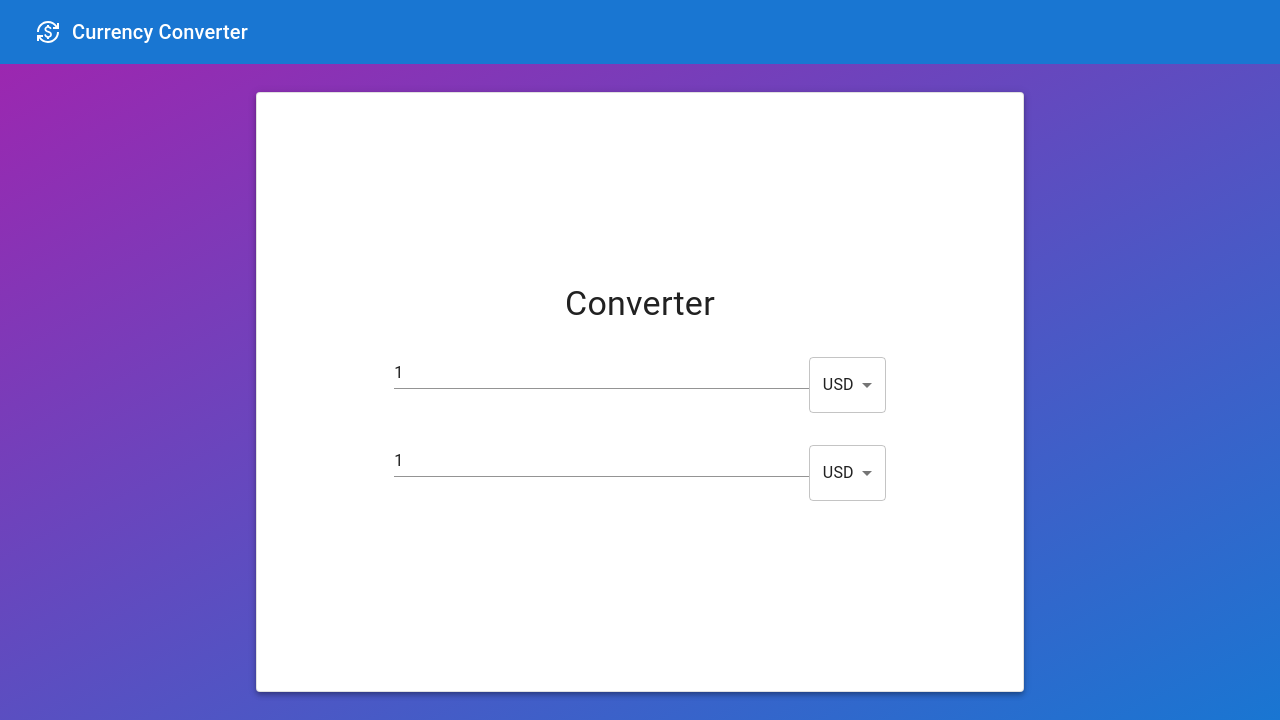
Repository: rutsguifd/currency-converter
Page: /
These files come from the project's save history. The page is drawn as it stood at one moment and after the next save; the edit follows.
The browser window is 1280 px wide. The pictures show the whole page.
The project was rebuilt for these pictures with package versions that can differ from the ones it lists, and the page was loaded fresh each time.

Above is the page before, as saved 2023-03-28 17:00:44.

### src/index.js
import { CssBaseline } from "@mui/material";
import React from "react";
import ReactDOM from "react-dom/client";
import { Provider } from "react-redux";
import { BrowserRouter } from "react-router-dom";
import App from "./App";
import { setupStore } from "./store";

const store = setupStore();

const root = ReactDOM.createRoot(document.getElementById("root"));
root.render(
  <Provider store={store}>
    <BrowserRouter>
      <CssBaseline>
        <App />
      </CssBaseline>
    </BrowserRouter>
  </Provider>
);

### src/App.js
import AppRouter from "./router/AppRouter";

function App() {
  return (
    <>
      <AppRouter />
    </>
  );
}

export default App;

### src/store/index.js
import { combineReducers, configureStore } from "@reduxjs/toolkit";
import { ConverterAPI } from "./ConverterService";

const rootReducer = combineReducers({
  [ConverterAPI.reducerPath]: ConverterAPI.reducer,
});

export const setupStore = () => {
  return configureStore({
    reducer: rootReducer,
    middleware: (getDefaultMiddleware) =>
      getDefaultMiddleware().concat(ConverterAPI.middleware),
  });
};

### src/router/AppRouter.jsx
import React from "react";
import { Route, Routes } from "react-router-dom";
import HomePage from "../pages/HomePage";

const AppRouter = () => {
  return (
    <Routes>
      <Route path="/" element={<HomePage />} />
    </Routes>
  );
};

export default AppRouter;

### src/store/ConverterService.js
import { createApi, fetchBaseQuery } from "@reduxjs/toolkit/dist/query/react";

const BASE_URL = "https://api.apilayer.com/exchangerates_data/";

const BASE_QUERY = fetchBaseQuery({
  baseUrl: BASE_URL,
  prepareHeaders: (headers) => {
    headers.set("apikey", "3yTPGVUhUYyAGGgNkKb2MySzxmY4qcWi");
    return headers;
  },
});

export const ConverterAPI = createApi({
  reducerPath: "ConverterAPI",
  baseQuery: BASE_QUERY,
  tagTypes: ["ConverterAPI"],
  endpoints: (build) => ({
    getLatestCurrency: build.query({
      query: ({ symbols, base }) => `latest?symbols=${symbols}&base=${base}`,
    }),
    getConvertedCurrency: build.query({
      query: ({ to, from, amount }) =>
        `convert?to=${to}&from=${from}&amount=${amount}`,
    }),
  }),
});

### src/pages/HomePage.jsx
import React from "react";
import ConvertContainer from "../components/ConvertContainer";
import MainLayout from "../layout/MainLayout";

const HomePage = () => {
  return (
    <MainLayout>
      <ConvertContainer />
    </MainLayout>
  );
};

export default HomePage;

### src/components/ConvertContainer.jsx
import { Container, useTheme } from "@mui/material";
import React from "react";
import Convert from "./Convert";

const ConvertContainer = () => {
  const theme = useTheme();

  return (
    <Container
      maxWidth={false}
      disableGutters
      sx={{
        display: "flex",
        justifyContent: "center",
        alignItems: "center",
        minHeight: "calc(100vh - 64px)",
        background: `linear-gradient(to right bottom, ${theme.palette.secondary.main},  ${theme.palette.primary.main})`,
      }}
    >
      <Convert />
    </Container>
  );
};

export default ConvertContainer;

### src/layout/MainLayout.jsx
import React from "react";
import Header from "../components/Header";

const MainLayout = ({ children }) => {
  return (
    <>
      <Header />
      {children}
    </>
  );
};

export default MainLayout;

### src/components/Convert.jsx
import {
  Alert,
  Box,
  MenuItem,
  Paper,
  Select,
  TextField,
  Typography,
} from "@mui/material";
import React, { useState } from "react";
import useDebounce from "../hooks/useDebounce";
import { ConverterAPI } from "../store/ConverterService";

const Convert = () => {
  const debouncedFromAmount = useDebounce(getFromAmount, 500);
  const debouncedToAmount = useDebounce(getToAmount, 500);

  const [currentFromCurrency, setCurrentFromCurrency] = useState("USD");
  const [currentToCurrency, setCurrentToCurrency] = useState("USD");

  const [fromAmount, setFromAmount] = useState(1);
  const [trigger, { isError, isLoading, error }] =
    ConverterAPI.useLazyGetConvertedCurrencyQuery();
  const [toAmount, setToAmount] = useState(1);

  async function getFromAmount(to, from, amount) {
    const res = await trigger({
      to,
      from,
      amount,
    }).unwrap();
    setToAmount(res.result);
  }

  async function getToAmount(to, from, amount) {
    const res = await trigger({
      to,
      from,
      amount,
    }).unwrap();
    setFromAmount(res.result);
  }

  const handleFromChange = (e) => {
    setFromAmount(e.target.value);
    debouncedFromAmount(currentToCurrency, currentFromCurrency, e.target.value);
  };

  const handleToChange = async (e) => {
    setToAmount(e.target.value);
    debouncedToAmount(currentFromCurrency, currentToCurrency, e.target.value);
  };

  const handleFromSelect = (e) => {
    setCurrentFromCurrency(e.target.value);
    getToAmount(e.target.value, currentToCurrency, toAmount);
  };
  const handleToSelect = (e) => {
    setCurrentToCurrency(e.target.value);
    getFromAmount(e.target.value, currentFromCurrency, fromAmount);
  };
  return (
    <Paper
      variant="outlined"
      sx={{
        p: 4,
        display: "flex",
        flexDirection: "column",
        alignItems: "center",
        justifyContent: "center",
        width: "60vw",
        minWidth: "400px",
        height: "60vh",
        minHeight: "600px",
        gap: 4,
        boxShadow: 4,
      }}
    >
      <Typography variant="h4">Converter</Typography>
      {isError ? (
        <Alert severity="error">{error.data.error.message}</Alert>
      ) : null}
      <Box display="flex" flexDirection="row" width="70%">
        <TextField
          onChange={handleFromChange}
          value={fromAmount}
          variant="standard"
          sx={{ width: "100%" }}
        />
        <Select
          id="demo-simple-select"
          value={currentFromCurrency}
          onChange={handleFromSelect}
        >
          <MenuItem value="UAH">UAH</MenuItem>
          <MenuItem value="USD">USD</MenuItem>
          <MenuItem value="EUR">EUR</MenuItem>
        </Select>
      </Box>
      <Box display="flex" flexDirection="row" width="70%">
        <TextField
          onChange={handleToChange}
          value={toAmount}
          variant="standard"
          sx={{ width: "100%" }}
        />
        <Select
          id="demo-simple-select"
          value={currentToCurrency}
          onChange={handleToSelect}
        >
          <MenuItem value="UAH">UAH</MenuItem>
          <MenuItem value="USD">USD</MenuItem>
          <MenuItem value="EUR">EUR</MenuItem>
        </Select>
      </Box>
    </Paper>
  );
};

export default Convert;

### src/components/Header.jsx
import {
  AppBar,
  Box,
  CircularProgress,
  IconButton,
  Toolbar,
  Typography,
} from "@mui/material";
import CurrencyExchangeIcon from "@mui/icons-material/CurrencyExchange";
import EuroSymbolIcon from "@mui/icons-material/EuroSymbol";
import AttachMoneyIcon from "@mui/icons-material/AttachMoney";
import React from "react";
import { ConverterAPI } from "../store/ConverterService";
import { useNavigate } from "react-router-dom";

const Header = () => {
  const navigate = useNavigate();

  //   const {
  //     data: USDData,
  //     error: USDError,
  //     isLoading: USDLoading,
  //   } = ConverterAPI.useGetLatestCurrencyQuery({
  //     symbols: "UAH",
  //     base: "USD",
  //   });
  //   const {
  //     data: EURData,
  //     error: EURError,
  //     isLoading: EURLoading,
  //   } = ConverterAPI.useGetLatestCurrencyQuery({
  //     symbols: "UAH",
  //     base: "EUR",
  //   });
  //   if (USDError || EURError) {
  //     return navigate("/error");
  //   }
  return (
    <Box sx={{ flexGrow: 1 }}>
      <AppBar position="static">
        <Toolbar>
          <IconButton size="large" color="inherit">
            <CurrencyExchangeIcon />
          </IconButton>
          <Typography variant="h6" component="div" sx={{ flexGrow: 1 }}>
            Currency Converter
          </Typography>
          {/* <Box margin={2} display="flex" flexDirection="row">
            <EuroSymbolIcon />
            {EURLoading ? (
              <CircularProgress />
            ) : (
              <Typography>{EURData.rates.UAH}</Typography>
            )}
          </Box>
          <Box margin={2} display="flex" flexDirection="row">
            <AttachMoneyIcon />
            {USDLoading ? (
              <CircularProgress />
            ) : (
              <Typography>{USDData.rates.UAH}</Typography>
            )}
          </Box> */}
        </Toolbar>
      </AppBar>
    </Box>
  );
};

export default Header;

### src/hooks/useDebounce.js
import { useCallback, useRef } from "react";

export default function useDebounce(callback, delay) {
  const timer = useRef();

  const debouncedCallback = useCallback(
    (...args) => {
      if (timer.current) {
        clearTimeout(timer.current);
      }
      timer.current = setTimeout(() => {
        callback(...args);
      }, delay);
    },
    [callback, delay]
  );

  return debouncedCallback;
}

Loaded but not shown: public/index.html (common file)

After the next save:
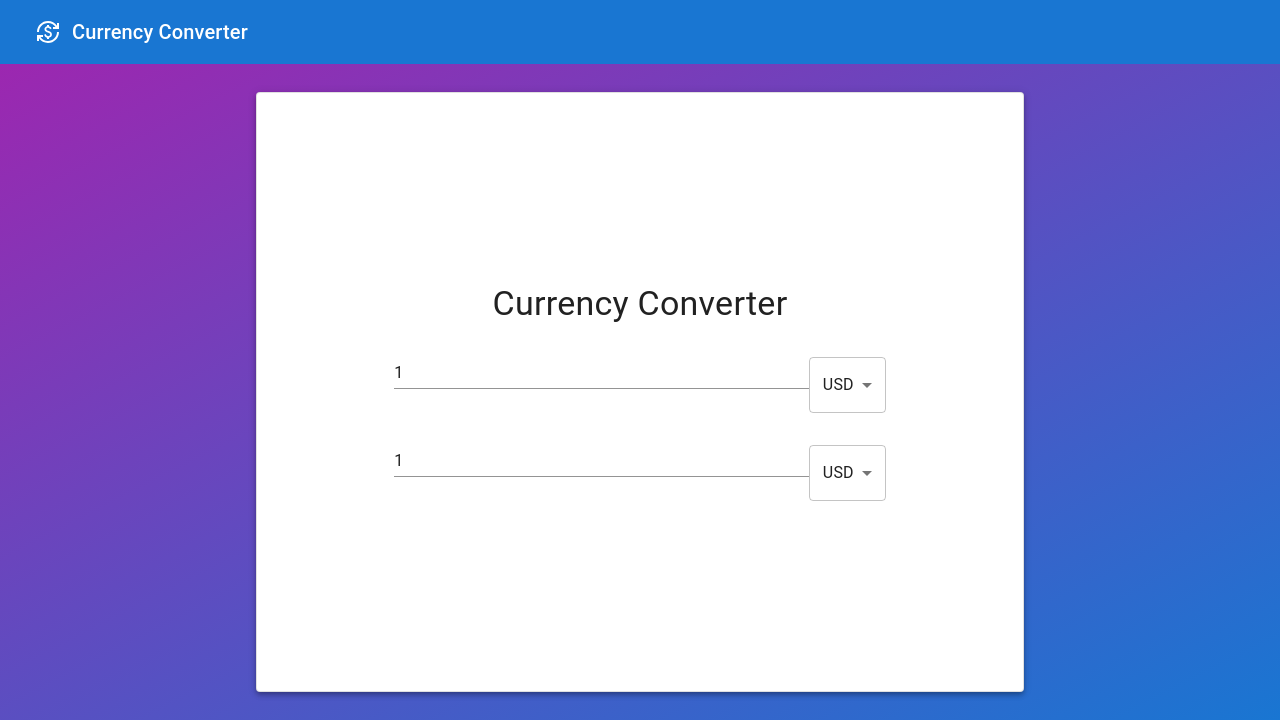
Saved 60 s later.
--- a/src/components/Convert.jsx
+++ b/src/components/Convert.jsx
@@ -76,7 +76,7 @@ const Convert = () => {
         boxShadow: 4,
       }}
     >
-      <Typography variant="h4">Converter</Typography>
+      <Typography variant="h4">Currency Converter</Typography>
       {isError ? (
         <Alert severity="error">{error.data.error.message}</Alert>
       ) : null}
